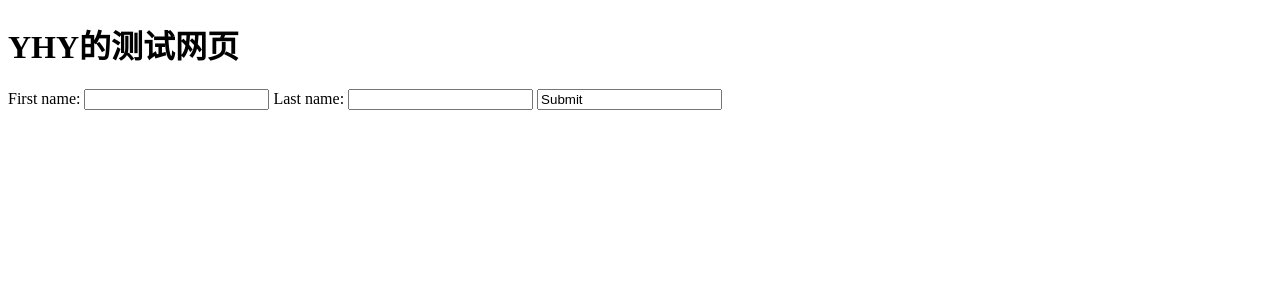
Repository: Darkmoon1/Bank-java-
Page: Bank/myBank/WebContent/home.html
The author's editor kept a copy of each file at every save. The page is drawn from the files as they stood at one save, then again after the next save.
The browser window is 1280 px wide. The pictures show the whole page.

Above is the page before, as saved 2017-07-13 16:47:39.

### Bank/myBank/WebContent/home.html
<!DOCTYPE html>
<html lang="en">
<head>
	<meta charset="UTF-8">
    <meta name="viewport"
          content="width=device-width, user-scalable=no, initial-scale=1.0, maximum-scale=1.0, minimum-scale=1.0">
    <meta http-equiv="X-UA-Compatible" content="text/html">
<title>Insert title here</title>
</head>
	<body>
	<h1>YHY的测试网页</h1>
	<div></div>
	<form action="MyServlet" method="post">
	First name: <input type="text" name="fname" required="required"/>
  	Last name: <input type="text" name="lname" required="required"/>
  	<input id="regist" value="Submit" value = "注册用户" onclick=""/>

	</form>
</body>
</html>

After the next save:
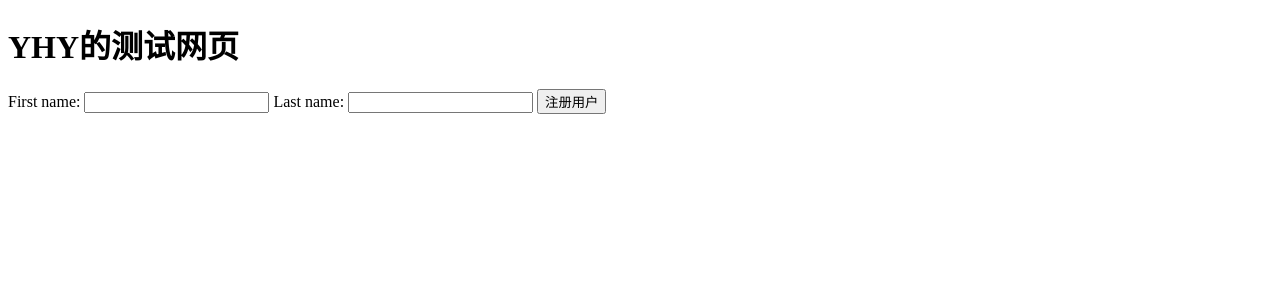
Saved 77 s later.
--- a/Bank/myBank/WebContent/home.html
+++ b/Bank/myBank/WebContent/home.html
@@ -11,9 +11,9 @@
 	<h1>YHY的测试网页</h1>
 	<div></div>
 	<form action="MyServlet" method="post">
-	First name: <input type="text" name="fname" required="required"/>
-  	Last name: <input type="text" name="lname" required="required"/>
-  	<input id="regist" value="Submit" value = "注册用户" onclick=""/>
+	First name: <input	id="fname" type="text" name="fname" required="required"/>
+  	Last name: <input id="lname"	type="text" name="lname" required="required"/>
+  	<input  id="regist"	type="submit"  value = "注册用户" onclick=""/>
 
 	</form>
 </body>
